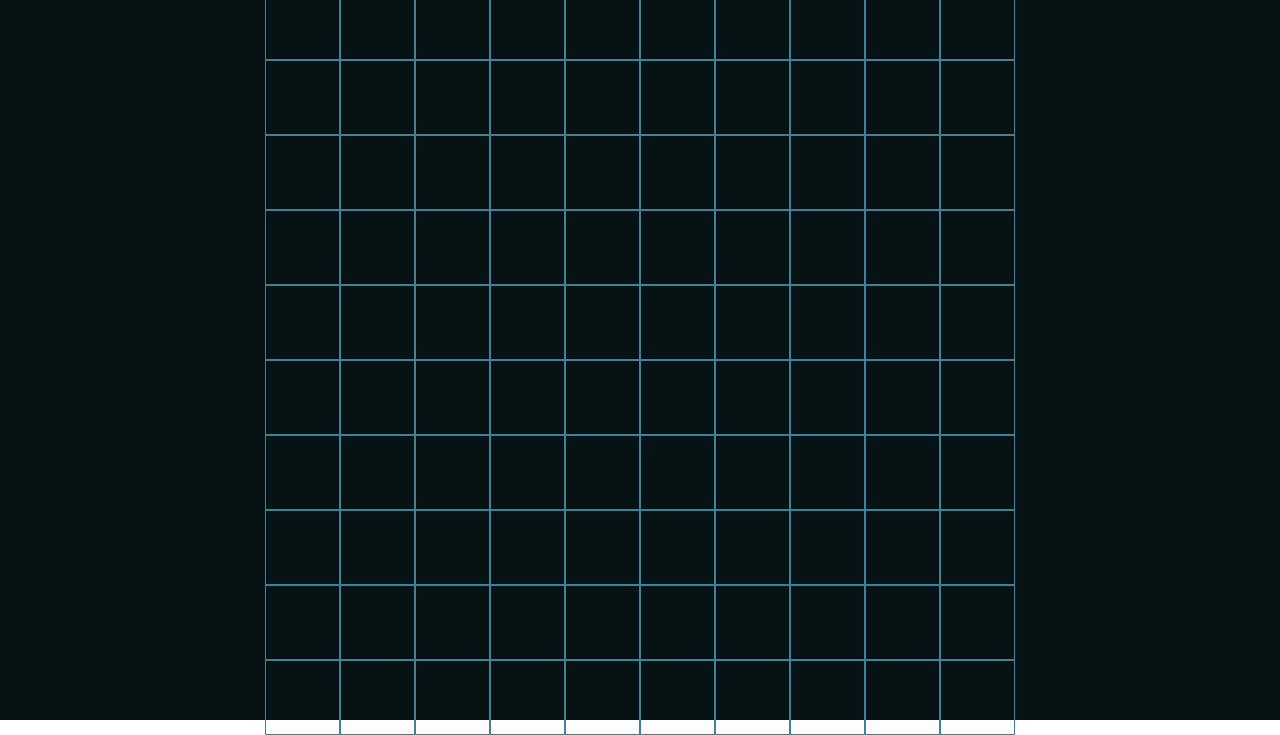
Repository: rehans-Life/linkedlist-snake-game
Page: /
These files come from the project's save history. The page is drawn as it stood at one moment and after the next save; the edit follows.
The browser window is 1280 px wide. The pictures show the whole page.
The project was rebuilt for these pictures with package versions that can differ from the ones it lists, and the page was loaded fresh each time. The framework's server and built-in components were replaced by stand-ins that run in the browser. Also part of the build but not shown: next.config.js.

Above is the page before, as saved 2023-04-14 21:53:25.

### pages/index.js
import Head from "next/head";
import styles from "../styles/Home.module.css";
import Board from "../components/Board";

export default function Home() {
  return (
    <div className={styles.container}>
      <Head>
        <title>Linked List Snake Game</title>
        <meta name="description" content="linked list snake game" />
        <link rel="icon" href="/favicon.ico" />
      </Head>
      <Board />
    </div>
  );
}

### styles/globals.css
html,
body {
  padding: 0;
  margin: 0;
  font-family: -apple-system, BlinkMacSystemFont, Segoe UI, Roboto, Oxygen,
    Ubuntu, Cantarell, Fira Sans, Droid Sans, Helvetica Neue, sans-serif;
}

a {
  color: inherit;
  text-decoration: none;
}

* {
  box-sizing: border-box;
}

button {
  margin: 0;
  padding: 0;
}

### styles/Home.module.css
.container {
  background-color: rgb(7, 18, 21);
  height: 100vh;
  display: flex;
  align-items: center;
  justify-content: center;
}

.row {
  display: flex;
  align-items: center;
  justify-content: center;
}

.cell {
  width: 75px;
  height: 75px;
  border: 1px solid rgb(62, 131, 154);
}

### components/Board.jsx
import React, { useState } from "react";
import styles from "../styles/Home.module.css";

const BOARD_SIZE = 10;

export default function Board() {
  const [board, setBoard] = useState(
    new Array(BOARD_SIZE).fill(0).map((_) => new Array(BOARD_SIZE).fill(0))
  );
  return (
    <div className={styles.board}>
      {board.map((row, index) => (
        <div key={index} className={styles.row}>
          {row.map((_, index) => (
            <div key={index} className={styles.cell}></div>
          ))}
        </div>
      ))}
    </div>
  );
}

Loaded but not shown: pages/_app.js (common file)

After the next save:
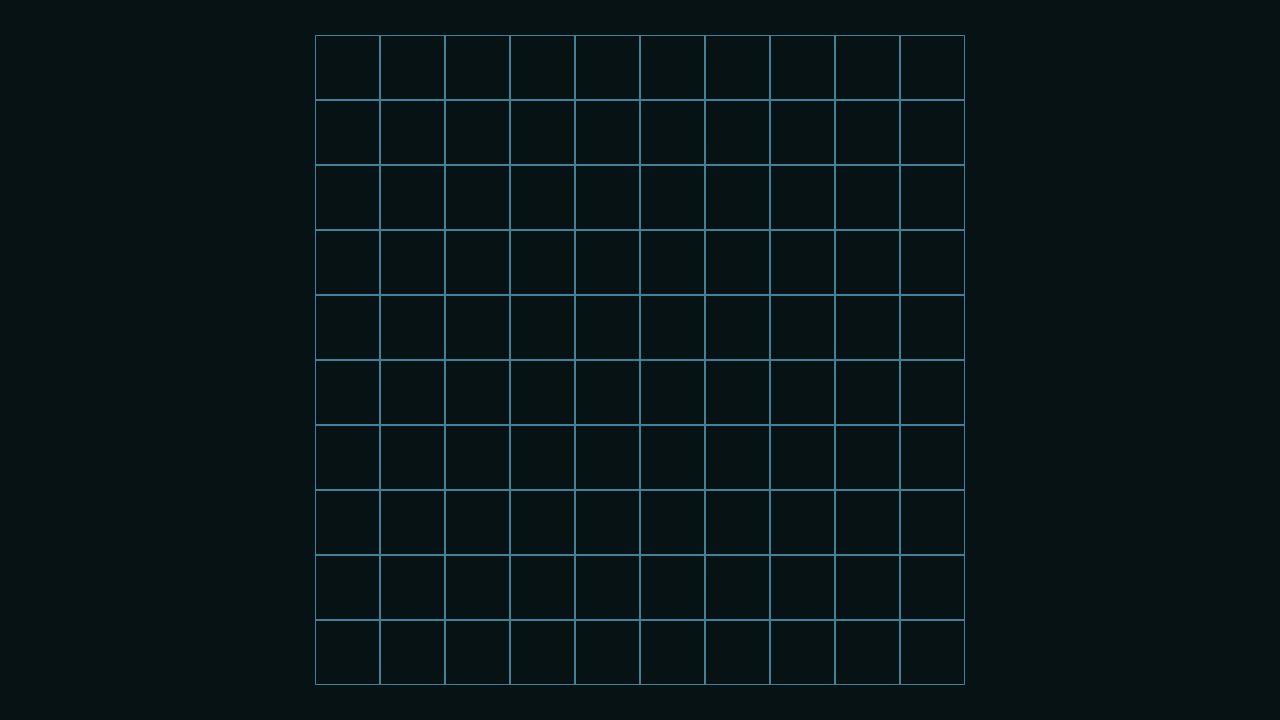
Saved 8 s later.
--- a/styles/Home.module.css
+++ b/styles/Home.module.css
@@ -13,7 +13,7 @@
 }
 
 .cell {
-  width: 75px;
-  height: 75px;
+  width: 65px;
+  height: 65px;
   border: 1px solid rgb(62, 131, 154);
 }
